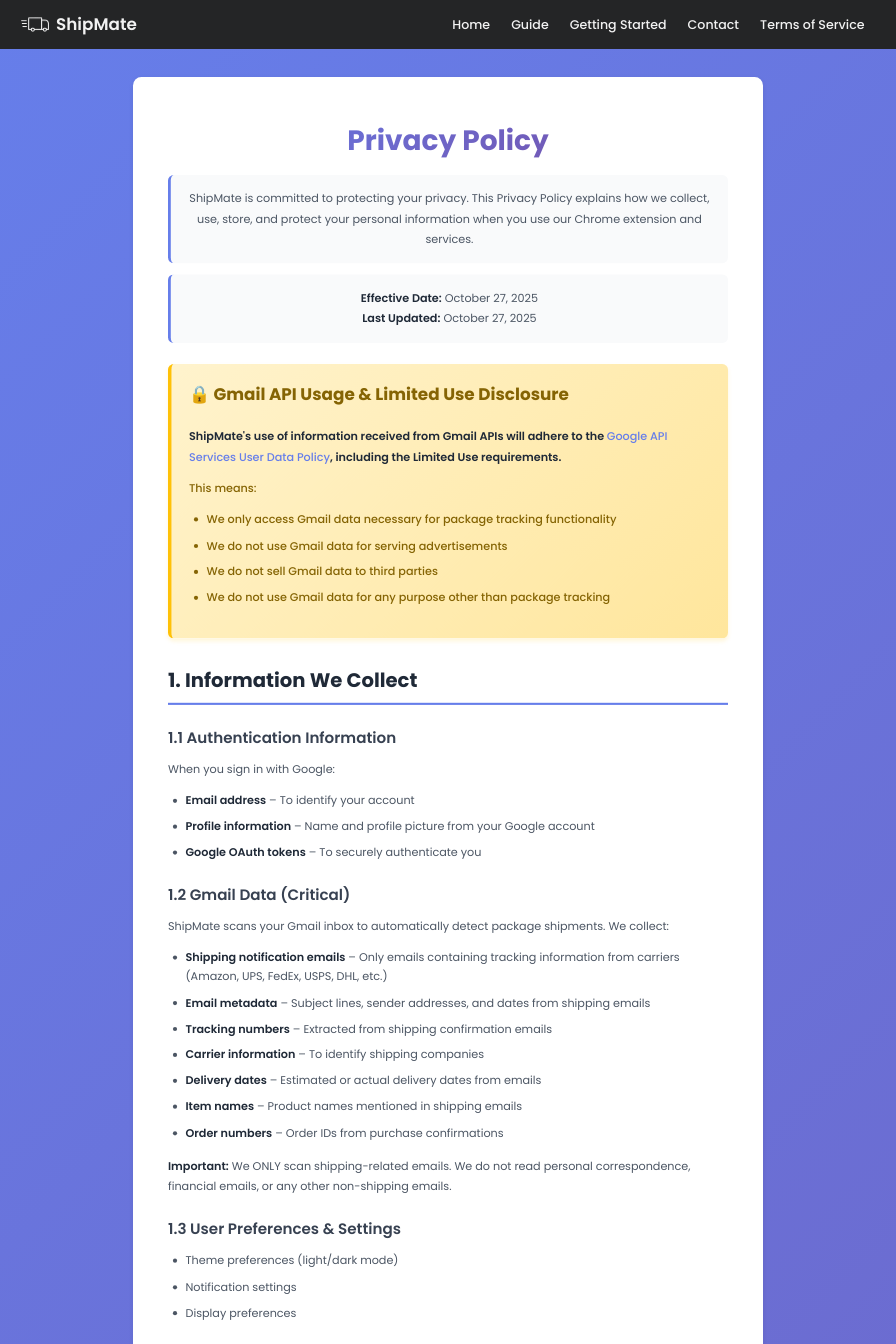
Repository: epeguero8311/shipmate-website
Page: privacy.html
The author's editor kept a copy of each file at every save. The page is drawn from the files as they stood at one save, then again after the next save.
The browser window is 1280 px wide. The pictures show the part of the page from y = 0 to 1920 px (the page is 7901 px tall), at 70% of full size.

Above is the page before, as saved 2025-12-13 15:31:26.

### privacy.html
<!DOCTYPE html>
<html lang="en">
<head>
  <meta charset="UTF-8">
  <meta name="viewport" content="width=device-width, initial-scale=1.0">
  <title>ShipMate – Privacy Policy</title>
  <link rel="icon" href="assets/icons/icon.png" type="image/png" />
  <link href="https://fonts.googleapis.com/css2?family=Poppins:wght@200;300;400;500;600;700&display=swap" rel="stylesheet">
  <link rel="stylesheet" href="https://cdnjs.cloudflare.com/ajax/libs/font-awesome/5.15.3/css/all.min.css"/>
  <link rel="stylesheet" href="styles/styles.css">
  <style>
    /* Legal Page Specific Styles */
    .legal-content {
      max-width: 900px;
      margin: 40px auto;
      background: white;
      padding: 60px 50px;
      box-shadow: 0 2px 8px rgba(0, 0, 0, 0.08);
      border-radius: 12px;
    }

    .legal-content h1 {
      font-size: 2.5rem;
      font-weight: 700;
      color: #111827;
      margin-bottom: 20px;
      text-align: center;
      background: linear-gradient(135deg, #667eea 0%, #764ba2 100%);
      -webkit-background-clip: text;
      -webkit-text-fill-color: transparent;
      background-clip: text;
    }

    .legal-content h2 {
      font-size: 1.75rem;
      font-weight: 700;
      color: #1F2937;
      margin-top: 40px;
      margin-bottom: 20px;
      padding-bottom: 10px;
      border-bottom: 3px solid #667eea;
    }

    .legal-content h3 {
      font-size: 1.35rem;
      font-weight: 600;
      color: #374151;
      margin-top: 30px;
      margin-bottom: 15px;
    }

    .legal-content p {
      font-size: 1rem;
      color: #4B5563;
      margin-bottom: 16px;
      line-height: 1.8;
    }

    .legal-content ul,
    .legal-content ol {
      margin-left: 25px;
      margin-bottom: 20px;
      color: #4B5563;
    }

    .legal-content li {
      margin-bottom: 10px;
      line-height: 1.7;
    }

    .legal-content strong {
      color: #1F2937;
      font-weight: 600;
    }

    .intro {
      font-size: 1.1rem;
      color: #6B7280;
      text-align: center;
      margin-bottom: 30px;
      padding: 20px;
      background: #F9FAFB;
      border-radius: 8px;
      border-left: 4px solid #667eea;
    }

    section {
      margin-bottom: 40px;
    }

    .highlight {
      background: linear-gradient(135deg, #FFF3CD 0%, #FFE69C 100%);
      border-left: 5px solid #FFC107;
      padding: 25px;
      margin: 30px 0;
      border-radius: 8px;
      box-shadow: 0 4px 6px rgba(255, 193, 7, 0.15);
    }

    .highlight h2 {
      margin-top: 0;
      color: #856404;
      border-bottom: none;
      font-size: 1.5rem;
    }

    .highlight p,
    .highlight ul {
      color: #856404;
      font-weight: 500;
    }

    .highlight a {
      color: #667eea;
      font-weight: 600;
      text-decoration: underline;
    }

    .highlight a:hover {
      color: #5568d3;
    }

    .legal-content a {
      color: #667eea;
      text-decoration: none;
      font-weight: 500;
      transition: all 0.2s ease;
    }

    .legal-content a:hover {
      color: #764ba2;
      text-decoration: underline;
    }

    .last-updated {
      text-align: center;
      font-style: italic;
      color: #9CA3AF;
      font-size: 0.95rem;
      margin-top: 50px;
      padding-top: 30px;
      border-top: 2px solid #E5E7EB;
    }

    .legal-content ol {
      counter-reset: item;
      list-style-type: none;
      margin-left: 0;
      padding-left: 0;
    }

    .legal-content ol > li {
      counter-increment: item;
      padding-left: 35px;
      position: relative;
    }

    .legal-content ol > li:before {
      content: counter(item) ".";
      position: absolute;
      left: 0;
      top: 0;
      color: #667eea;
      font-weight: 700;
      font-size: 1.1rem;
    }

    @media (max-width: 768px) {
      .legal-content {
        padding: 40px 25px;
        margin: 20px 15px;
      }

      .legal-content h1 {
        font-size: 2rem;
      }

      .legal-content h2 {
        font-size: 1.5rem;
      }

      .legal-content h3 {
        font-size: 1.2rem;
      }
    }

    @media (max-width: 480px) {
      .legal-content {
        padding: 30px 20px;
        margin: 15px 10px;
      }

      .legal-content h1 {
        font-size: 1.75rem;
      }

      .legal-content h2 {
        font-size: 1.35rem;
      }

      .legal-content h3 {
        font-size: 1.1rem;
      }

      .legal-content p,
      .legal-content li {
        font-size: 0.95rem;
      }

      .intro {
        font-size: 1rem;
        padding: 15px;
      }

      .highlight {
        padding: 20px;
      }
    }
  </style>
</head>
<body>

  <!-- NAVIGATION -->
  <nav>
    <div class="wrapper">
      <div class="logo">
        <a href="index.html">
          <img src="assets/icons/icon.png" alt="ShipMate Logo" class="nav-logo-img" />
          ShipMate
        </a>
      </div>
      <input type="radio" name="slider" id="menu-btn">
      <input type="radio" name="slider" id="close-btn">
      <ul class="nav-links">
        <label for="close-btn" class="btn close-btn"><i class="fas fa-times"></i></label>
        <li><a href="index.html">Home</a></li>
        <li><a href="gmail-package-tracker.html">Guide</a></li>
        <li><a href="help.html">Getting Started</a></li>
        <li><a href="contact.html">Contact</a></li>
        <li><a href="terms.html">Terms of Service</a></li>
      </ul>
      <label for="menu-btn" class="btn menu-btn"><i class="fas fa-bars"></i></label>
    </div>
  </nav>

  <main class="legal-content">
    <h1>Privacy Policy</h1>
    <p class="intro">
      ShipMate is committed to protecting your privacy. This Privacy Policy explains how we collect, use, store, and protect your personal information when you use our Chrome extension and services.
    </p>
    <p class="intro">
      <strong>Effective Date:</strong> October 27, 2025<br>
      <strong>Last Updated:</strong> October 27, 2025
    </p>

    <!-- CRITICAL: Gmail API Disclosure -->
    <section class="highlight">
      <h2>🔒 Gmail API Usage & Limited Use Disclosure</h2>
      <p><strong>ShipMate's use of information received from Gmail APIs will adhere to the <a href="https://developers.google.com/terms/api-services-user-data-policy" target="_blank">Google API Services User Data Policy</a>, including the Limited Use requirements.</strong></p>
      <p>This means:</p>
      <ul>
        <li>We only access Gmail data necessary for package tracking functionality</li>
        <li>We do not use Gmail data for serving advertisements</li>
        <li>We do not sell Gmail data to third parties</li>
        <li>We do not use Gmail data for any purpose other than package tracking</li>
      </ul>
    </section>

    <section>
      <h2>1. Information We Collect</h2>

      <h3>1.1 Authentication Information</h3>
      <p>When you sign in with Google:</p>
      <ul>
        <li><strong>Email address</strong> – To identify your account</li>
        <li><strong>Profile information</strong> – Name and profile picture from your Google account</li>
        <li><strong>Google OAuth tokens</strong> – To securely authenticate you</li>
      </ul>

      <h3>1.2 Gmail Data (Critical)</h3>
      <p>ShipMate scans your Gmail inbox to automatically detect package shipments. We collect:</p>
      <ul>
        <li><strong>Shipping notification emails</strong> – Only emails containing tracking information from carriers (Amazon, UPS, FedEx, USPS, DHL, etc.)</li>
        <li><strong>Email metadata</strong> – Subject lines, sender addresses, and dates from shipping emails</li>
        <li><strong>Tracking numbers</strong> – Extracted from shipping confirmation emails</li>
        <li><strong>Carrier information</strong> – To identify shipping companies</li>
        <li><strong>Delivery dates</strong> – Estimated or actual delivery dates from emails</li>
        <li><strong>Item names</strong> – Product names mentioned in shipping emails</li>
        <li><strong>Order numbers</strong> – Order IDs from purchase confirmations</li>
      </ul>
      <p><strong>Important:</strong> We ONLY scan shipping-related emails. We do not read personal correspondence, financial emails, or any other non-shipping emails.</p>

      <h3>1.3 User Preferences & Settings</h3>
      <ul>
        <li>Theme preferences (light/dark mode)</li>
        <li>Notification settings</li>
        <li>Display preferences</li>
      </ul>

      <h3>1.4 Payment Information</h3>
      <p>When you subscribe to ShipMate Pro:</p>
      <ul>
        <li><strong>Stripe processes all payments</strong> – We never store your credit card information</li>
        <li><strong>Subscription status</strong> – Active, canceled, or expired</li>
        <li><strong>Billing email</strong> – For receipts and subscription management</li>
      </ul>

      <h3>1.5 Usage Analytics (Non-Personal)</h3>
      <ul>
        <li>Feature usage statistics (e.g., number of packages tracked)</li>
        <li>Error logs and crash reports</li>
        <li>Performance metrics</li>
      </ul>
      <p><strong>Note:</strong> Analytics data is anonymized and cannot be linked to individual users.</p>
    </section>

    <section>
      <h2>2. How We Use Your Information</h2>
      <p>We use your information solely to provide and improve ShipMate services:</p>

      <h3>2.1 Package Tracking</h3>
      <ul>
        <li>Scan Gmail for shipping notifications</li>
        <li>Extract tracking numbers and delivery information</li>
        <li>Display package status in the extension</li>
        <li>Send delivery notifications</li>
      </ul>

      <h3>2.2 AI-Powered Analysis</h3>
      <ul>
        <li>Use Anthropic Claude AI to analyze shipping emails and extract package information</li>
        <li>Email content is processed securely and is not stored by Anthropic</li>
        <li>Only shipping-related information is extracted</li>
      </ul>

      <h3>2.3 Account Management</h3>
      <ul>
        <li>Authenticate your Google account</li>
        <li>Manage your subscription status</li>
        <li>Store your preferences and settings</li>
      </ul>

      <h3>2.4 Service Improvement</h3>
      <ul>
        <li>Analyze anonymized usage patterns to improve features</li>
        <li>Debug errors and improve reliability</li>
        <li>Develop new features based on user needs</li>
      </ul>
    </section>

    <section>
      <h2>3. Third-Party Services</h2>
      <p>ShipMate uses the following third-party services to operate:</p>

      <h3>3.1 Google Gmail API</h3>
      <ul>
        <li><strong>Purpose:</strong> Access shipping emails in your inbox</li>
        <li><strong>Data shared:</strong> Gmail emails matching shipping keywords</li>
        <li><strong>Privacy policy:</strong> <a href="https://policies.google.com/privacy" target="_blank">Google Privacy Policy</a></li>
      </ul>

      <h3>3.2 Firebase (Google)</h3>
      <ul>
        <li><strong>Purpose:</strong> Authentication and database storage</li>
        <li><strong>Data shared:</strong> Email address, profile info, package data, settings</li>
        <li><strong>Privacy policy:</strong> <a href="https://firebase.google.com/support/privacy" target="_blank">Firebase Privacy Policy</a></li>
      </ul>

      <h3>3.3 Stripe</h3>
      <ul>
        <li><strong>Purpose:</strong> Payment processing for subscriptions</li>
        <li><strong>Data shared:</strong> Billing email, subscription status (NO credit card data is shared with us)</li>
        <li><strong>Privacy policy:</strong> <a href="https://stripe.com/privacy" target="_blank">Stripe Privacy Policy</a></li>
      </ul>

      <h3>3.4 Anthropic Claude AI</h3>
      <ul>
        <li><strong>Purpose:</strong> AI analysis of shipping emails to extract package information</li>
        <li><strong>Data shared:</strong> Shipping email content (temporarily, not stored)</li>
        <li><strong>Privacy policy:</strong> <a href="https://www.anthropic.com/privacy" target="_blank">Anthropic Privacy Policy</a></li>
      </ul>
    </section>

    <section>
      <h2>4. Data Storage & Security</h2>

      <h3>4.1 Where We Store Your Data</h3>
      <ul>
        <li><strong>Firebase Firestore:</strong> Package tracking data, user preferences, subscription status</li>
        <li><strong>Chrome Local Storage:</strong> Extension settings and cached data</li>
        <li><strong>Secure backend server:</strong> Temporary processing of email analysis</li>
      </ul>

      <h3>4.2 Security Measures</h3>
      <ul>
        <li>All data transmission uses HTTPS/TLS encryption</li>
        <li>Firebase Authentication for secure login</li>
        <li>API tokens are securely stored and never exposed</li>
        <li>Regular security audits and updates</li>
      </ul>

      <h3>4.3 Data Retention</h3>
      <ul>
        <li><strong>Package data:</strong> Kept for 30 days after delivery (or longer if you save it)</li>
        <li><strong>Account data:</strong> Retained while your account is active</li>
        <li><strong>Temporary email analysis:</strong> Deleted immediately after processing</li>
        <li><strong>Logs:</strong> Kept for 90 days for debugging purposes</li>
      </ul>
    </section>

    <section>
      <h2>5. What We Don't Do With Your Data</h2>
      <ul>
        <li>❌ We do NOT sell your data to anyone</li>
        <li>❌ We do NOT use Gmail data for advertising</li>
        <li>❌ We do NOT read non-shipping emails</li>
        <li>❌ We do NOT share your data with marketers</li>
        <li>❌ We do NOT store your credit card information</li>
        <li>❌ We do NOT use your data for purposes other than package tracking</li>
      </ul>
    </section>

    <section>
      <h2>6. Your Rights & Control</h2>

      <h3>6.1 Revoke Gmail Access</h3>
      <p>You can revoke ShipMate's access to your Gmail at any time:</p>
      <ol>
        <li>Go to <a href="https://myaccount.google.com/permissions" target="_blank">Google Account Permissions</a></li>
        <li>Find "ShipMate" in the list</li>
        <li>Click "Remove Access"</li>
      </ol>

      <h3>6.2 Delete Your Data</h3>
      <p>You can request complete deletion of your data:</p>
      <ul>
        <li><strong>In-app:</strong> Settings → Account → Delete Account</li>
        <li><strong>By email:</strong> Contact <a href="mailto:shipmateextension@gmail.com">shipmateextension@gmail.com</a></li>
      </ul>
      <p>We will delete all your data within 30 days of your request.</p>

      <h3>6.3 Export Your Data</h3>
      <p>Request a copy of your data by emailing <a href="mailto:shipmateextension@gmail.com">shipmateextension@gmail.com</a>. We will provide your data in a portable format within 30 days.</p>

      <h3>6.4 Manage Notifications</h3>
      <p>Control notification preferences in Settings → Notifications within the extension.</p>

      <h3>6.5 Opt Out of Analytics</h3>
      <p>Contact us to opt out of anonymized analytics data collection.</p>
    </section>

    <section>
      <h2>7. Cookies & Local Storage</h2>
      <p>ShipMate uses browser local storage to:</p>
      <ul>
        <li>Remember your login session</li>
        <li>Save your theme and display preferences</li>
        <li>Cache recent package data for faster loading</li>
      </ul>
      <p>You can clear this data anytime through Chrome settings or by uninstalling the extension.</p>
    </section>

    <section>
      <h2>8. Children's Privacy</h2>
      <p>ShipMate is not intended for users under 13 years of age. We do not knowingly collect personal information from children. If you believe we have collected information from a child, please contact us immediately.</p>
    </section>

    <section>
      <h2>9. International Users</h2>
      <p>ShipMate is operated from the United States. If you are accessing our service from outside the U.S., your information may be transferred to, stored, and processed in the U.S. By using ShipMate, you consent to this transfer.</p>
    </section>

    <section>
      <h2>10. Changes to This Privacy Policy</h2>
      <p>We may update this Privacy Policy from time to time. When we make changes:</p>
      <ul>
        <li>We will update the "Last Updated" date at the top</li>
        <li>Significant changes will be announced in the extension</li>
        <li>Continued use after changes constitutes acceptance</li>
      </ul>
      <p>We encourage you to review this policy periodically.</p>
    </section>

    <section>
      <h2>11. Contact Us</h2>
      <p>If you have questions about this Privacy Policy or how we handle your data:</p>
      <ul>
        <li><strong>Email:</strong> <a href="mailto:shipmateextension@gmail.com">shipmateextension@gmail.com</a></li>
        <li><strong>Website:</strong> <a href="index.html">shipmatetracker.com</a></li>
      </ul>
    </section>

    <section>
      <h2>12. Legal Compliance</h2>
      <p>ShipMate complies with applicable data protection laws including:</p>
      <ul>
        <li>Google API Services User Data Policy</li>
        <li>Chrome Web Store Developer Program Policies</li>
        <li>California Consumer Privacy Act (CCPA) - if applicable</li>
        <li>General Data Protection Regulation (GDPR) - if applicable</li>
      </ul>
    </section>

    <p class="last-updated"><em>Last Updated: October 27, 2025</em></p>
  </main>

  <footer class="footer">
    <div class="footer-container">
      <p>
        &copy; 2025 ShipMate. All rights reserved. |
        <a href="terms.html" class="link">Terms</a> |
        <a href="privacy.html" class="link">Privacy</a> |
        <a href="help.html" class="link">Help</a> |
        Contact: shipmateextension@gmail.com
      </p>
    </div>
  </footer>

  <!-- Theme Detection Script -->
  <script src="theme-handler.js"></script>

</body>
</html>

Loaded but not shown: theme-handler.js (48 lines, source omitted); styles/styles.css (439 lines, source omitted)

After the next save:
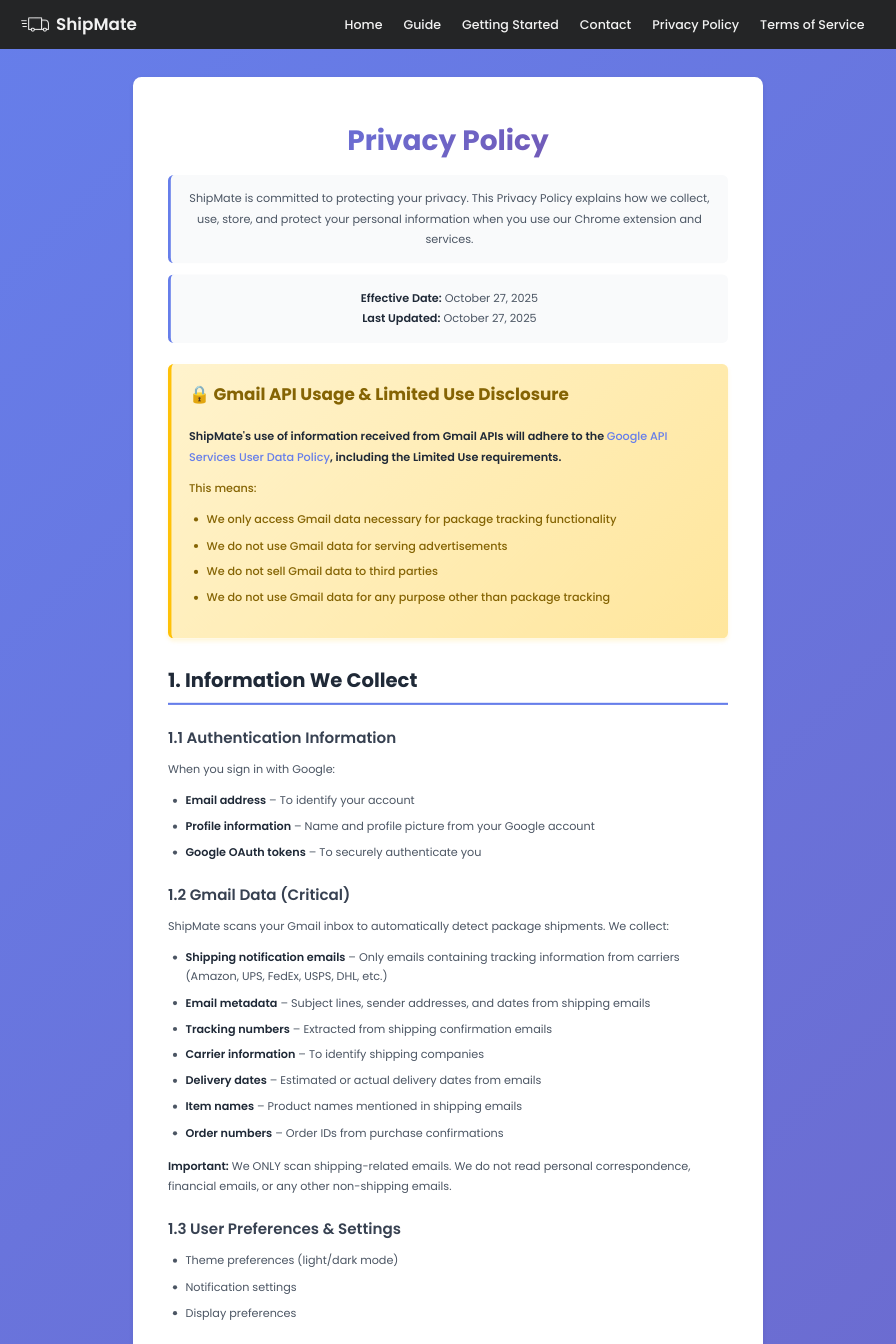
Saved 1 s later.
--- a/privacy.html
+++ b/privacy.html
@@ -237,6 +237,7 @@
         <li><a href="gmail-package-tracker.html">Guide</a></li>
         <li><a href="help.html">Getting Started</a></li>
         <li><a href="contact.html">Contact</a></li>
+        <li><a href="privacy.html">Privacy Policy</a></li>
         <li><a href="terms.html">Terms of Service</a></li>
       </ul>
       <label for="menu-btn" class="btn menu-btn"><i class="fas fa-bars"></i></label>
